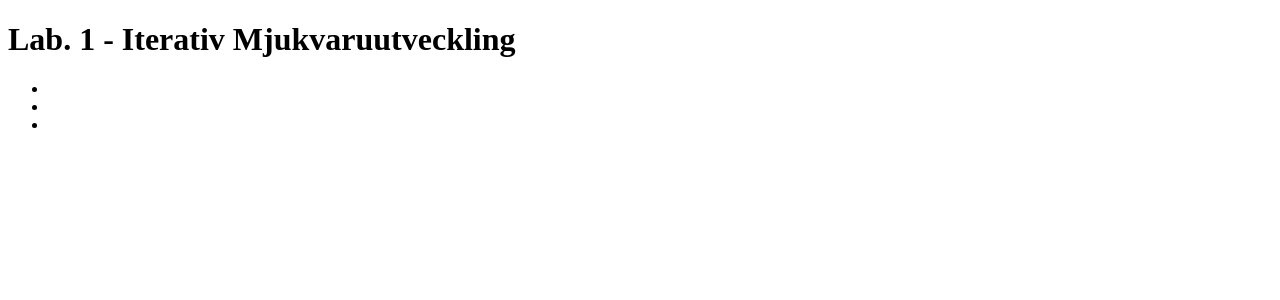
Repository: CarroForslund/laboration-1-1dv404
Page: index.html
The author's editor kept a record of every edit. The page is drawn from the files as they stood at one moment, then again after the next edit.
The browser window is 1280 px wide. The pictures show the whole page.

Above is the page before.

### index.html
<!DOCTYPE html>
<html lang="sv">
<head>
	<meta charset="UTF-8" />
 	<title>Laboration 1 - 1dv404</title>
    <link rel="stylesheet" type="text/css" href="style.css" />
</head>
    <body>
        <h1>Lab. 1 - Iterativ Mjukvaruutveckling</h1>
 		<ul>
 		    <li><a href=""></a></a></li>
 		    <li><a href=""></a></a></li>
 		    <li><a href=""></a></a></li>
 		</ul>

    </body>
</html>

### style.css
.error {
 			background-color: #F7A1A1;
}

.button {
	-moz-box-shadow:inset 0px 1px 0px 0px #d197fe;
	-webkit-box-shadow:inset 0px 1px 0px 0px #d197fe;
	box-shadow:inset 0px 1px 0px 0px #d197fe;
	background:-webkit-gradient( linear, left top, left bottom, color-stop(0.05, #a53df6), color-stop(1, #7c16cb) );
	background:-moz-linear-gradient( center top, #a53df6 5%, #7c16cb 100% );
	filter:progid:DXImageTransform.Microsoft.gradient(startColorstr='#a53df6', endColorstr='#7c16cb');
	background-color:#a53df6;
	-webkit-border-top-left-radius:5px;
	-moz-border-radius-topleft:5px;
	border-top-left-radius:5px;
	-webkit-border-top-right-radius:5px;
	-moz-border-radius-topright:5px;
	border-top-right-radius:5px;
	-webkit-border-bottom-right-radius:5px;
	-moz-border-radius-bottomright:5px;
	border-bottom-right-radius:5px;
	-webkit-border-bottom-left-radius:5px;
	-moz-border-radius-bottomleft:5px;
	border-bottom-left-radius:5px;
	text-indent:0;
	border:1px solid #9c33ed;
	display:inline-block;
	color:#ffffff;
	font-family:Arial;
	font-size:12px;
	font-weight:bold;
	font-style:normal;
	height:25px;
	line-height:25px;
	width:61px;
	text-decoration:none;
	text-align:center;
	text-shadow:1px 1px 0px #7d15cd;
}
.button:hover {
	background:-webkit-gradient( linear, left top, left bottom, color-stop(0.05, #7c16cb), color-stop(1, #a53df6) );
	background:-moz-linear-gradient( center top, #7c16cb 5%, #a53df6 100% );
	filter:progid:DXImageTransform.Microsoft.gradient(startColorstr='#7c16cb', endColorstr='#a53df6');
	background-color:#7c16cb;
}.button:active {
	position:relative;
	top:1px;
}

After the next edit:
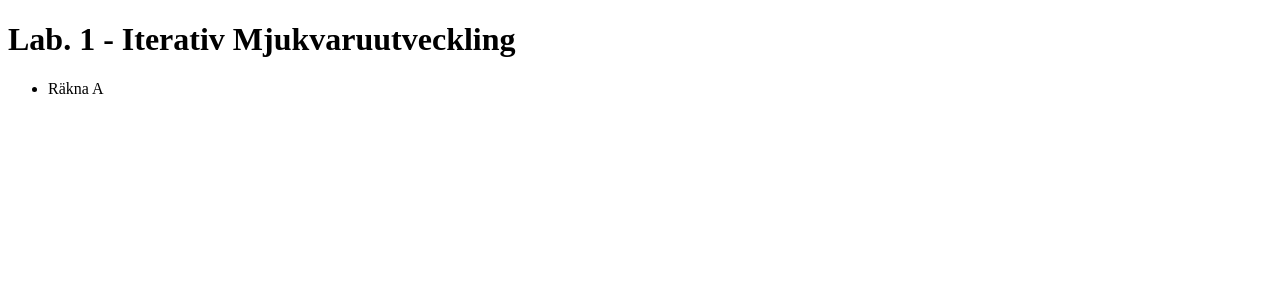
The edit:
--- a/index.html
+++ b/index.html
@@ -8,9 +8,9 @@
     <body>
         <h1>Lab. 1 - Iterativ Mjukvaruutveckling</h1>
  		<ul>
- 		    <li><a href=""></a></a></li>
- 		    <li><a href=""></a></a></li>
- 		    <li><a href=""></a></a></li>
+ 		    <li><a href="raknaa/index.html"></a>Räkna A</a></li>
+ 		    <!--<li><a href=""></a></a></li>
+ 		    <li><a href=""></a></a></li>-->
  		</ul>
 
     </body>
